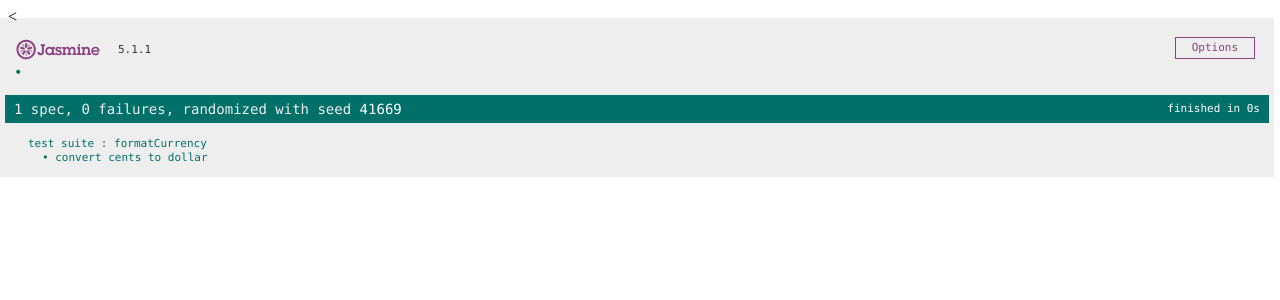
Repository: Gaurav124937/Javascirpt-amazon-clone
Page: tests-jasmine/tests.html
An editor plug-in stored every save of this project. The page is shown before and after the next save, followed by the edit.
The browser window is 1280 px wide. The pictures show the whole page.

Above is the page before, as saved 2026-10-13 22:16:16.

After the next save:
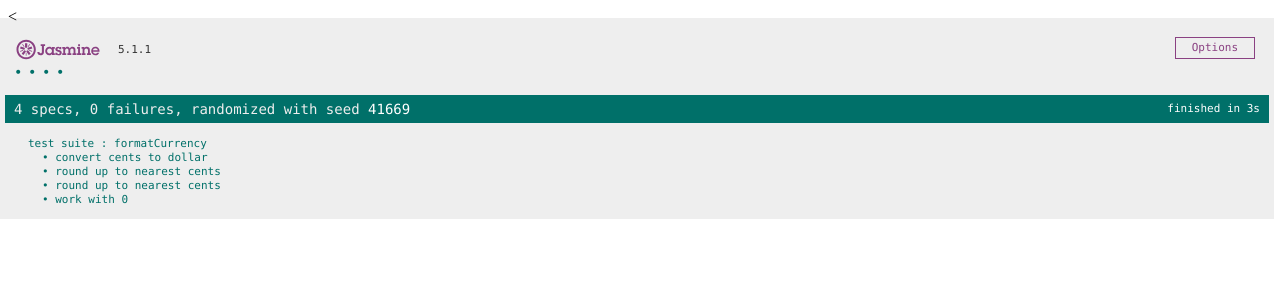
Saved 118 s later.
--- a/tests-jasmine/moneyTest.js
+++ b/tests-jasmine/moneyTest.js
@@ -4,4 +4,14 @@
     it('convert cents to dollar',()=>{
         expect(formatCurrency(2095)).toEqual('20.95');
     });
+    it('work with 0',()=>{
+        expect(formatCurrency(0)).toEqual('0.00');
+    });
+    it('round up to nearest cents',()=>{
+        expect(formatCurrency(2000.5)).toEqual('20.01');
+    });
+    it('round up to nearest cents',()=>{
+        expect(formatCurrency(2000.4)).toEqual('20.00');
+    });
+
 });
